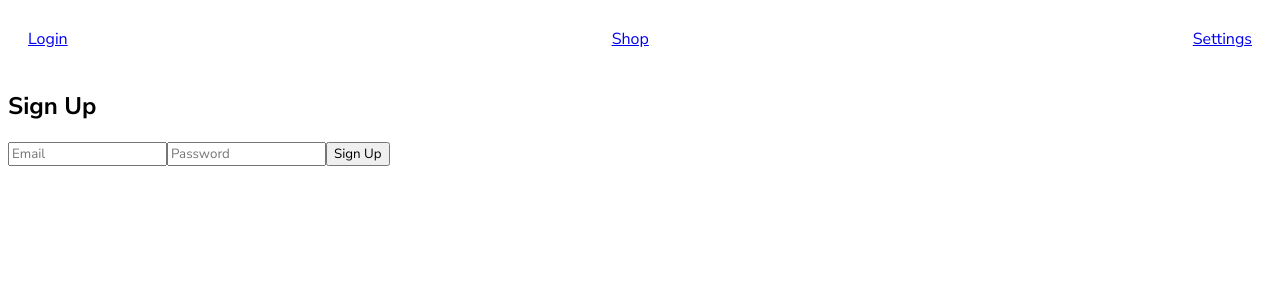
Repository: David-Waite/StudyTimer
Page: /signup
These files come from the project's save history. The page is drawn as it stood at one moment and after the next save; the edit follows.
The browser window is 1280 px wide. The pictures show the whole page.
The project was rebuilt for these pictures with package versions that can differ from the ones it lists, and the page was loaded fresh each time. Also part of the build but not shown: vite.config.js, src/views/LoginView.vue, src/stores/settings.js, src/stores/timer.js, src/components/TimerItem.vue, src/views/HomeView.vue, src/views/ShopView.vue, src/views/SettingsView.vue.

Above is the page before, as saved 2024-04-17 17:42:20.

After the next save:
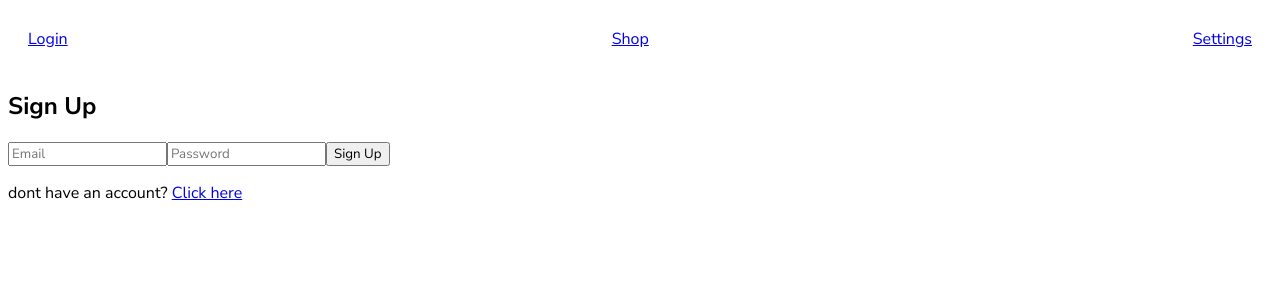
Saved 95 s later.
--- a/src/views/SignupView.vue
+++ b/src/views/SignupView.vue
@@ -2,6 +2,7 @@
 import { createUserWithEmailAndPassword, getAuth } from 'firebase/auth'
 import { doc, setDoc } from 'firebase/firestore'
 import db from '@/main'
+import { RouterLink } from 'vue-router'
 </script>
 
 <template>
@@ -12,6 +13,7 @@ import db from '@/main'
       <input v-model="password" type="password" placeholder="Password" required />
       <button type="submit">Sign Up</button>
     </form>
+    <p>dont have an account? <RouterLink>Click here</RouterLink></p>
   </div>
 </template>
 
